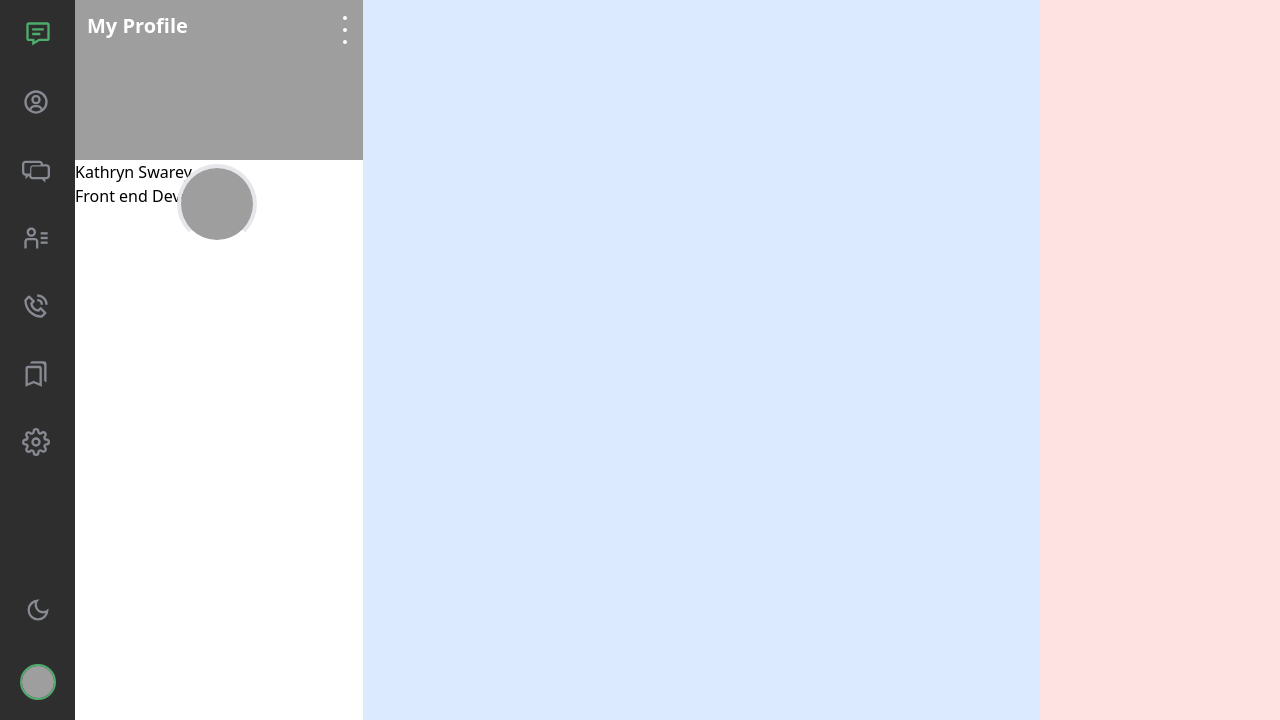
Repository: satya-ranjon/Chat-app
Page: /
The author's editor kept a copy of each file at every save. The page is drawn from the files as they stood at one save, then again after the next save.
The browser window is 1280 px wide. The pictures show the whole page.
Pictures or frames that could not be fetched are drawn as grey boxes. The project was rebuilt for these pictures with package versions that can differ from the ones it lists, and the page was loaded fresh each time.

Above is the page before, as saved 2022-03-31 03:47:47.

After the next save:
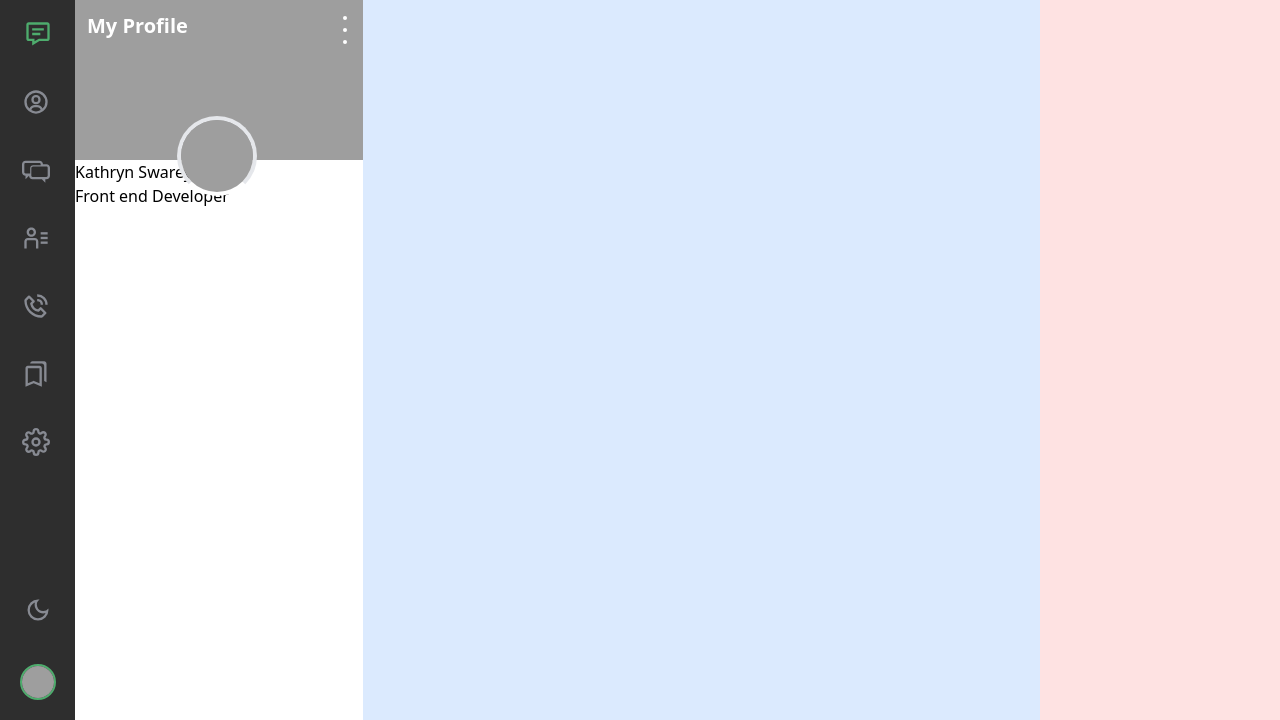
Saved 11 s later.
--- a/src/components/MyProfile/MyProfile.jsx
+++ b/src/components/MyProfile/MyProfile.jsx
@@ -18,9 +18,9 @@ export default function MyProfile() {
             <p className="bg-white w-1 h-1 rounded-full m-1"></p>
             <p className="bg-white w-1 h-1 rounded-full m-1"></p>
           </div>
-          <p>Kathryn Swarey</p>
-          <span>Front end Developer</span>
         </div>
+        <p>Kathryn Swarey</p>
+        <span>Front end Developer</span>
       </div>
     </div>
   );
